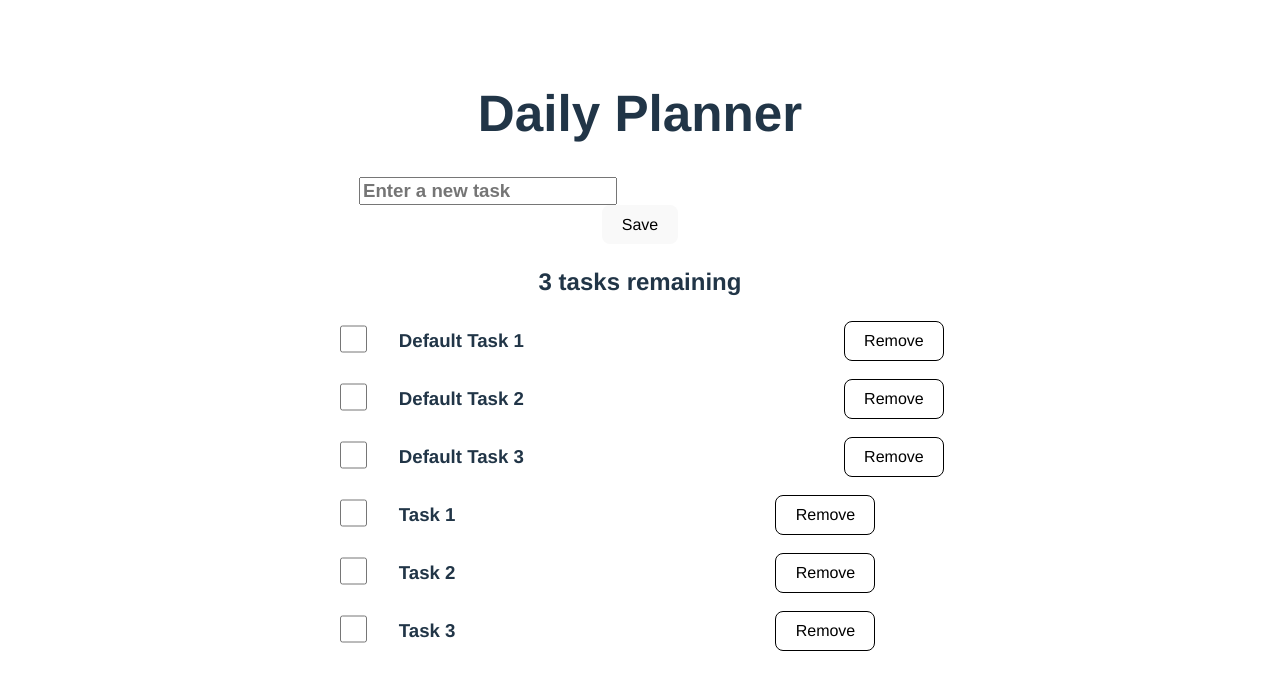
Repository: MonicaNguyenH/Frontend_Assignment6
Page: / (app in react/)
The author's editor kept a copy of each file at every save. The page is drawn from the files as they stood at one save, then again after the next save.
The browser window is 1280 px wide. The pictures show the whole page.
The project was rebuilt for these pictures with package versions that can differ from the ones it lists, and the page was loaded fresh each time. Also part of the build but not shown: react/vite.config.js.

Above is the page before, as saved 2024-10-11 00:21:30.

After the next save:
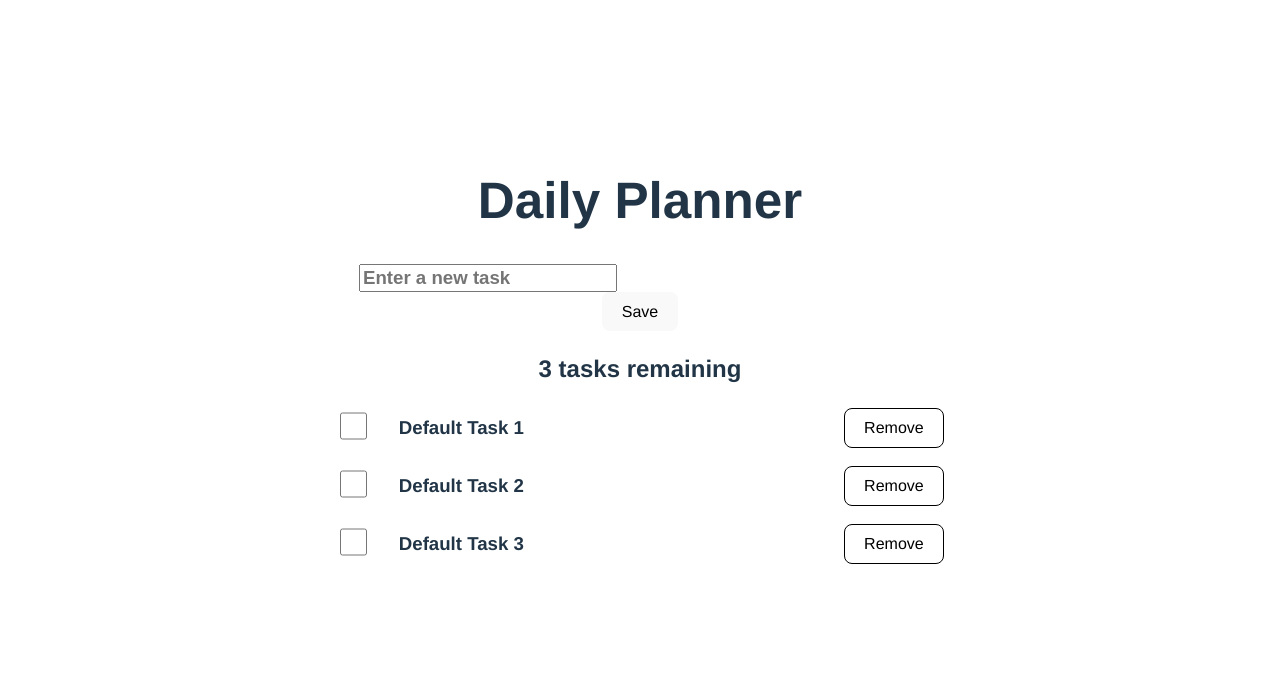
Saved 12 s later.
--- a/react/src/App.jsx
+++ b/react/src/App.jsx
@@ -41,9 +41,6 @@ function App() {
             />
           ))}
         </div>
-        <Task name="Task 1" />
-        <Task name="Task 2" />
-        <Task name="Task 3" />
       </div>
     </>
   )
